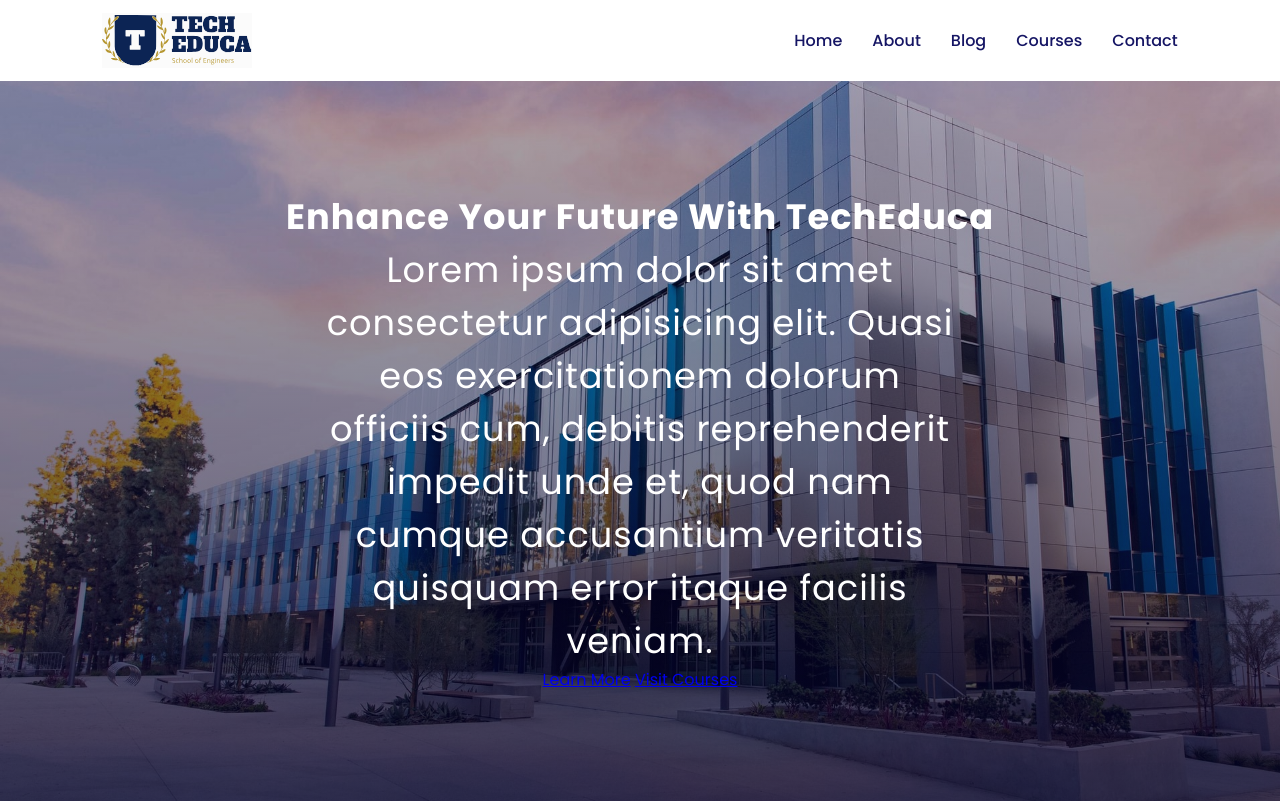
Repository: douglasabnovato/newtech
Page: index.html
The author's editor kept a copy of each file at every save. The page is drawn from the files as they stood at one save, then again after the next save.
The browser window is 1280 px wide. The pictures show the whole page.
Some web libraries are served in a nearby version.

Above is the page before, as saved 2025-06-19 23:14:08.

After the next save:
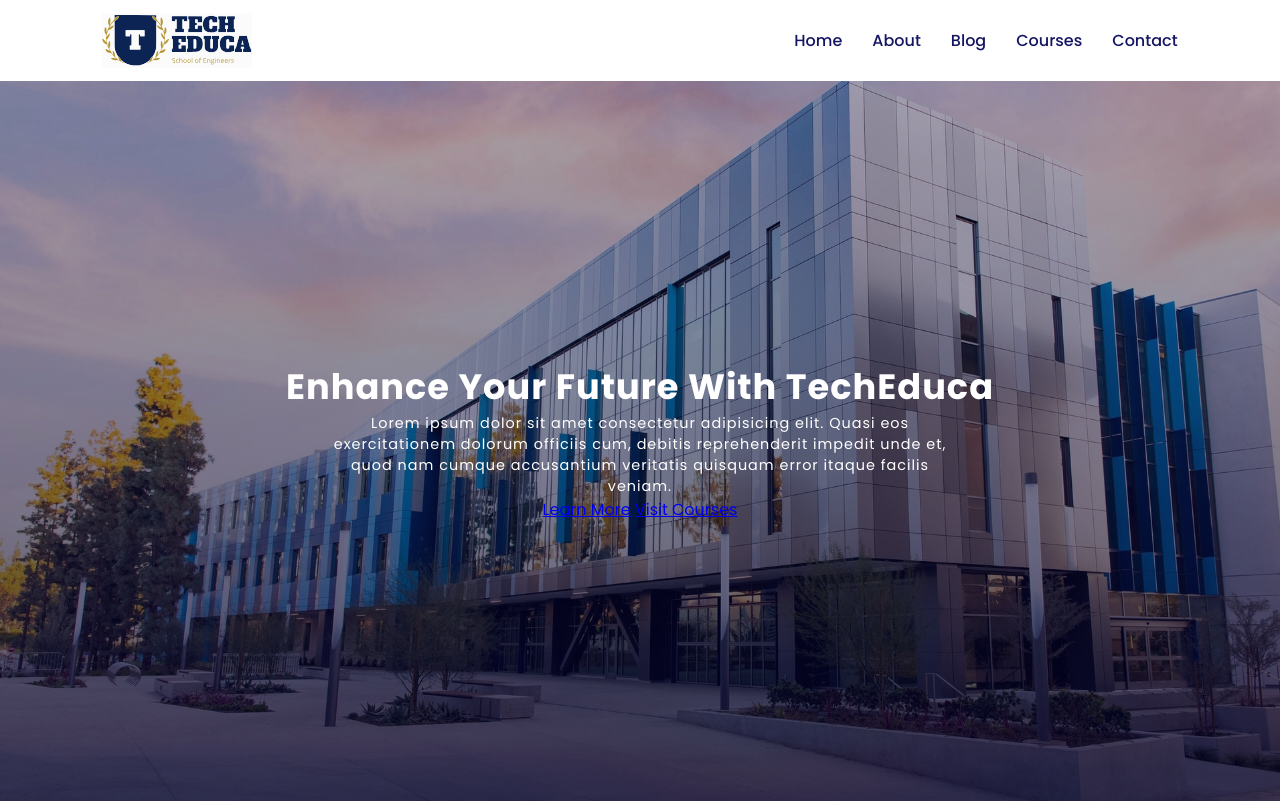
Saved 12 s later.
--- a/style.css
+++ b/style.css
@@ -91,7 +91,7 @@
 #home p {
   width: 50%;
   color: #fff;
-  font-size: 2.2rem;
+  font-size: 0.9rem;
   letter-spacing: 1px;
 }
 
